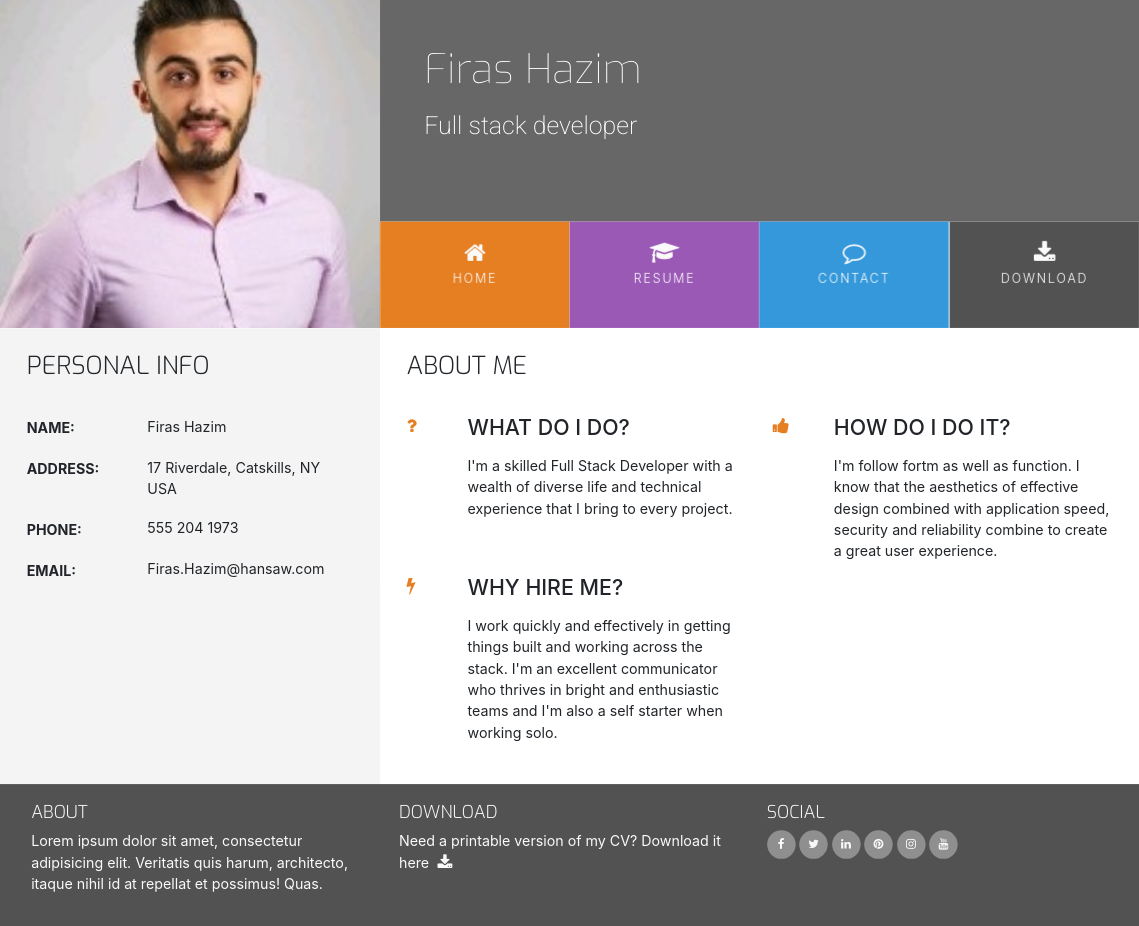
Repository: FirasH94/ResumeProject
Page: index.html
The author's editor kept a record of every edit. The page is drawn from the files as they stood at one moment, then again after the next edit.
The browser window is 1280 px wide. The pictures show the whole page, at 89% of full size.

Above is the page before.

After the next edit:
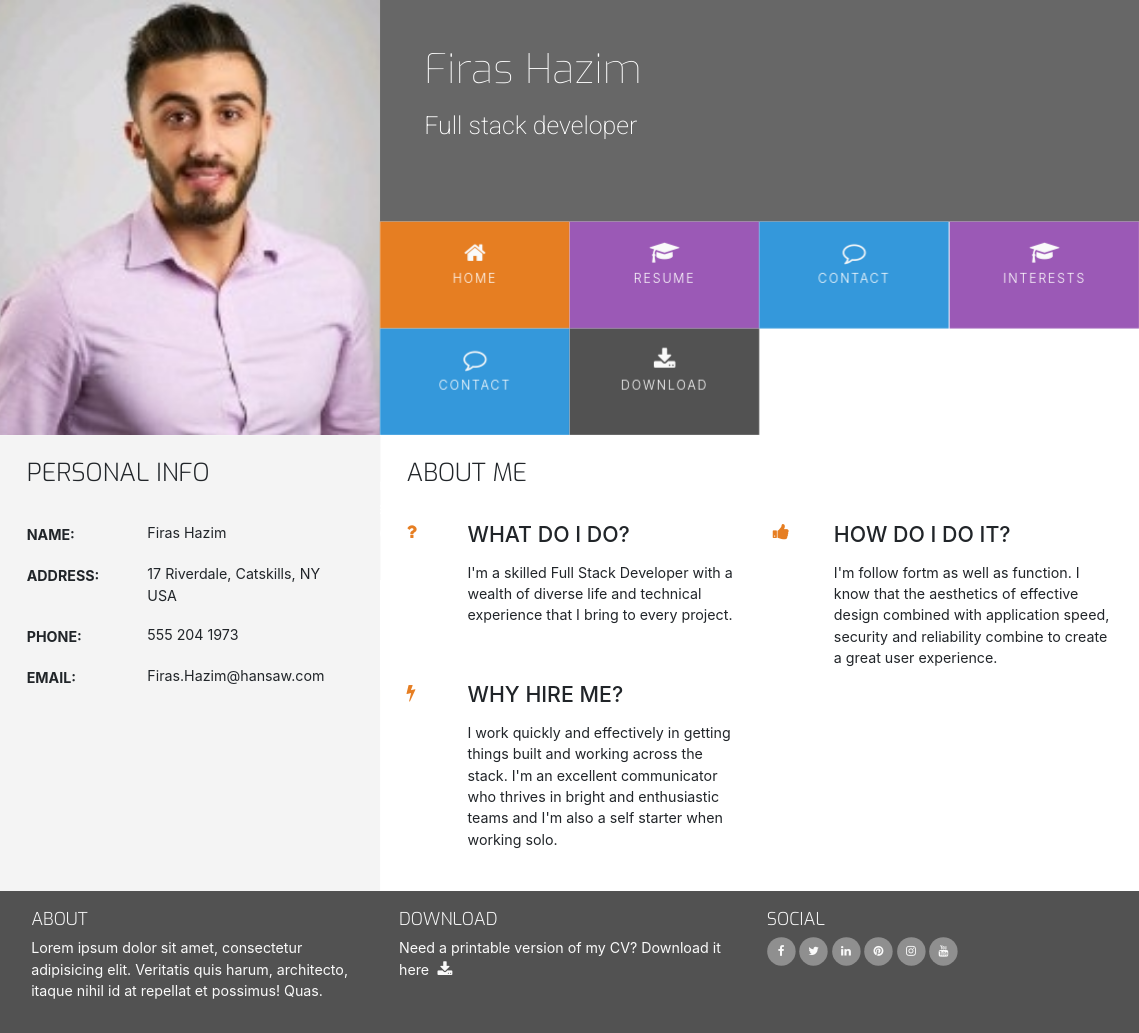
The edit:
--- a/index.html
+++ b/index.html
@@ -35,6 +35,12 @@
                             <li class="col-6 col-sm-3 ui-menu-color-contact list-inline-item menuitem hvr-sweep-to-bottom">
                                 <a href="contact.html"><i class="fa fa-comment-o" aria-hidden="true"></i><span>Contact</span></a>
                             </li>
+                            <li class="col-6 col-sm-3 ui-menu-color-resume list-inline-item menuitem hvr-sweep-to-bottom">
+                                <a href="resume.html"><i class="fa fa-graduation-cap" aria-hidden="true"></i><span>Interests</span></a>
+                            </li>
+                            <li class="col-6 col-sm-3 ui-menu-color-contact list-inline-item menuitem hvr-sweep-to-bottom">
+                                <a href="contact.html"><i class="fa fa-comment-o" aria-hidden="true"></i><span>Contact</span></a>
+                            </li>
                             <li class="col-6 col-sm-3 ui-menu-color-download list-inline-item menuitem hvr-sweep-to-bottom">
                                 <a href="assets/cv/Firas Hazim's CV.pdf" target="_blank"><i class="fa fa-download" aria-hidden="true"></i><span>Download</span></a>
                             </li>
